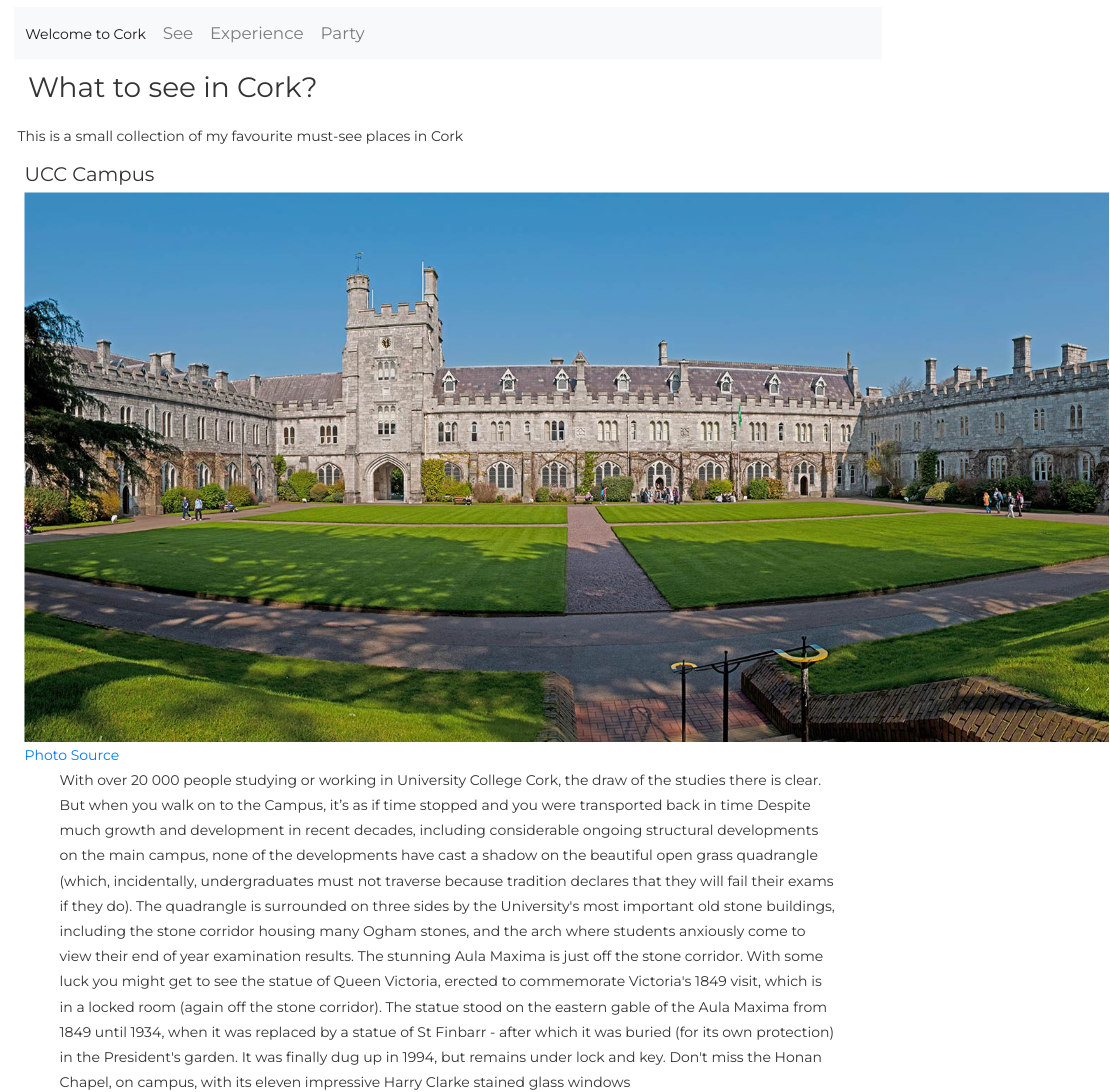
Repository: Maja-Jer/Welcome-to-Cork
Page: see.html
The author's editor kept a record of every edit. The page is drawn from the files as they stood at one moment, then again after the next edit.
The browser window is 1280 px wide. The page is 1585 px wide, then 1280 px, so the pictures cover 1585 px, including what lies to the right of the window. The pictures show the part of the page from y = 0 to 1560 px (the page is 4594 px tall before and 3847 px after), at 70% of full size.
Some web libraries are served in a nearby version.

Above is the page before.
Console error: TypeError: Cannot read properties of undefined (reading 'fn')

### see.html
<!DOCTYPE html>
<html lang="en">

<head>
    <meta charset="UTF-8">
    <meta name="viewport" content="width=device-width, initial-scale=1">
    <meta http-equiv="X-UA-Compatible" content="ie=edge">
    <link rel="stylesheet" href="https://stackpath.bootstrapcdn.com/bootstrap/4.3.1/css/bootstrap.min.css" integrity="sha384-ggOyR0iXCbMQv3Xipma34MD+dH/1fQ784/j6cY/iJTQUOhcWr7x9JvoRxT2MZw1T" crossorigin="anonymous">
    <script src="https://stackpath.bootstrapcdn.com/bootstrap/4.3.1/js/bootstrap.min.js" integrity="sha384-JjSmVgyd0p3pXB1rRibZUAYoIIy6OrQ6VrjIEaFf/nJGzIxFDsf4x0xIM+B07jRM" crossorigin="anonymous"></script>
    <link rel="stylesheet" href="https://use.fontawesome.com/releases/v5.6.1/css/all.css" integrity="sha384-gfdkjb5BdAXd+lj+gudLWI+BXq4IuLW5IT+brZEZsLFm++aCMlF1V92rMkPaX4PP" crossorigin="anonymous">
    <link href="https://fonts.googleapis.com/css?family=Montserrat" rel="stylesheet">
    <link rel="stylesheet" href="assets/style.css" type="text/css" />
    <title>Welcome to Cork, the REAL capital of Ireland</title>
</head>

<body>

    <!---------------Navgation-------->
    <nav class="navbar navbar-light bg-light navbar-expand-sm">
        <a href="/" class="navbar-brand">Welcome to Cork</a>

        <!---------------Dropdown menu-------->
        <button class="navbar-toggler ml-auto" type="button" data-toggle="collapse" data-target="#navbarNavDropdown" aria-controls="navbarNavDropdown" aria-expanded="false" aria-label="Toggle navigation">
        <span class="navbar-toggler-icon"></span></button>

        <div class="collapse navbar-collapse" id="navbarNavDropdown">
            <ul class="navbar-nav mr-auto">
                <li class="nav-item mr-2"><a class="nav-link" href="#see">See</a></li>
                <li class="nav-item mr-2"><a class="nav-link" href="#experience">Experience</a></li>
                <li class="nav-item mr-2"><a class="nav-link" href="#party">Party</a></li>

            </ul>
        </div>

    </nav>

    <!--------------- Title -------->
    <div class="container-fluid mt-3 title">
        <h1>What to see in Cork?</h1>
        <div class="row title-row" <h5>This is a small collection of my favourite must-see places in Cork</h5>
        </div>
    </div>


    <!--------------- Sites -------->

    <div class="container-fluid all-sites>
        <div class= "container ucc-campus">
            <div class= "row ucc-campus">
                <div class= "col-6 ">
                    <h3>UCC Campus</h3>
                </div>
            </div>


        <img src="./assets/photos/ucc-campus.jpg " alt="UCC Campus ">
        <br>
        <h7><a href="https://www.irishexaminer.com/breakingnews/ireland/ucc-isssues-1500-booklets-to-promote-good-relations-between-students-and-local-residents-949665.html ">Photo Source</a></h7>
    </div>


    <div class= "container ucc-description">
        <p col= "ucc-decription">With over 20 000 people studying or working in University College Cork, the draw of the studies there is clear. But when you walk on to the Campus, it’s as if time stopped and you were transported back in time Despite much growth and development
            in recent decades, including considerable ongoing structural developments on the main campus, none of the developments have cast a shadow on the beautiful open grass quadrangle (which, incidentally, undergraduates must not traverse because
            tradition declares that they will fail their exams if they do). The quadrangle is surrounded on three sides by the University's most important old stone buildings, including the stone corridor housing many Ogham stones, and the arch where
            students anxiously come to view their end of year examination results. The stunning Aula Maxima is just off the stone corridor. With some luck you might get to see the statue of Queen Victoria, erected to commemorate Victoria's 1849 visit,
            which is in a locked room (again off the stone corridor). The statue stood on the eastern gable of the Aula Maxima from 1849 until 1934, when it was replaced by a statue of St Finbarr - after which it was buried (for its own protection) in
            the President's garden. It was finally dug up in 1994, but remains under lock and key. Don't miss the Honan Chapel, on campus, with its eleven impressive Harry Clarke stained glass windows
        </p>


    </div>


<div class= "container fitzgerald-park">
            <div class= "row fitzgerald-park">
                <div class= "col-6 ">
                    <h3>Fitzgerald Park</h3>
                </div>
            </div>


        <img src="./assets/photos/fitzgerald-park.jpg " alt="Fitzgerald Park ">
        <br>
        <h7><a href= "http://www.corkenglishcollege.ie/media/4ae2bbd4-2834-4204-b7ae-c0ea07ad30a5/Events/Fitzgerald-Park_jpg ">Photo Source</a></h7>
    </div>


    <div class="container park-description ">
        <p col="park-decription ">Fitzgerald Park home to Cork Public Museum on the Mardyke is just a short distance from Cork City centre and
        the University College Cork. Fitzgerald's Park where the visitor and local alike can enjoy a riverside on the banks of the river Lee.
        Fitzgerald's Park named after a previous Lord Mayor of Cork in 1901, Edward Fitzgerald, offers a quite retreat from the hustle and bustle
        of the city, with its beautiful tree lined avenues, brimming flower beds and rose garden to its many statues and sculptures and the large
        central fountain, this 18 acre park is a wonderful treat. Fitzgerald's Park is a quiet haven, which has a playground for the children and a
        cafe to enjoy the view of the river Lee and across to the gardens and houses of the Sunday's Well area.

        </p>


    </div>


<div class= "container shandon-bells">
            <div class= "row shandon-bells">
                <div class= "col-6 ">
                    <h3>Shandon Bells</h3>
                </div>
            </div>


        <img src="./assets/photos/shandon-bells.jpg " alt="Shandon Bells ">
        <br>
        <h7><a href="http://www.shandonbells.ie/uploads/1/2/6/6/12669090/1388908_orig.jpg">Photo Source</a></h7>
    </div>


    <div class="container shandon-description">
        <p col="shandon-decription">Enjoy the Unique experience of Ringing the world famous Shandon Bells from the first floor.
Unwind and be at peace in the beautiful surrounds of St. Anne's Church - one of the oldest churches in the city built in 1722..﻿
The church is noted for its 8 bells due to the song "The Bells of Shandon" by Francis Sylvester Mahony. The largest weighs a little over 1.5 tons and was originally cast by Abel Rudhall of Gloucester. To reduce vibration, they were placed in a fixed position. They first rang on December 7, 1752. They have been recast twice: in 1865 and 1906. Today, visitors can climb 132 stairs to the first floor and ring the bells themselves. See spectacular 360 degree views of the city at 36.65m/120ft. View the internal workings of the clocks, the ‘Four Faced Liar’ and see the 18th Century bells in the Belfry.


        </p>


    </div>

    <div class= "container blackrock-castle">
            <div class= "row blackrock-castle">
                <div class= "col-6 ">
                    <h3>Blackrock castle</h3>
                </div>
            </div>


        <img src="./assets/photos/blackrock_castle.jpg" alt="Blackrock castle">
        <br>
        <h7><a href="https://www.bco.ie/whats-here/dailyschedule/">Photo Source</a></h7>
    </div>


    <div class="container blackrock-description">
        <p col="blackrock-decription">In the late 16th century, the citizens of Cork appealed to Queen Elizabeth I to construct a fort at Blackrock to "repel pirates and other invaders". In 1582 a fortification was built on the site,[6] and later around 1600, a round tower was constructed to safeguard against pirates "carrying away" vessels entering the harbour.[7] The earliest elements of this structure remaining today are a circular tower on the water's edge, 10.5m in diameter, with walls 2.2m thick.
In the early-2000s, Blackrock Castle was redeveloped under a joint venture between Cork City Council, Cork Institute of Technology and a private benefactor.

The castle has an excellent restaurant where you can have brunch in one of the most interesting surroundings in Cork. The Observatory has a lot of interesting exhibits, my personal being the possibility to lie down under the night sky and just enjoy the view as the stars shine above you. So relaxing!

        </p>


    </div>

    </div>


    <!--------------- Footer -------->

    <footer class="bg-secondary mt-5 p-3 ">
        <div class="container-fluid ">
            <div class="col-12 text-white ">
                <h3>Developed by Maja Jercic 2019</h3>
            </div>
        </div>
    </footer>

    <script src="https://stackpath.bootstrapcdn.com/bootstrap/4.3.1/js/bootstrap.min.js " integrity="sha384-JjSmVgyd0p3pXB1rRibZUAYoIIy6OrQ6VrjIEaFf/nJGzIxFDsf4x0xIM+B07jRM " crossorigin="anonymous "></script>
    <script src="https://code.jquery.com/jquery-3.3.1.slim.min.js " integrity="sha384-q8i/X+965DzO0rT7abK41JStQIAqVgRVzpbzo5smXKp4YfRvH+8abtTE1Pi6jizo " crossorigin="anonymous "></script>
    <script src="https://cdnjs.cloudflare.com/ajax/libs/popper.js/1.14.7/umd/popper.min.js " integrity="sha384-UO2eT0CpHqdSJQ6hJty5KVphtPhzWj9WO1clHTMGa3JDZwrnQq4sF86dIHNDz0W1 " crossorigin="anonymous "></script>

</body>


</html>

### assets/style.css
/*----------------------- header*/

head {
  font-family: 'Roboto', sans-serif;
}

body {
  font: 20px Montserrat, sans-serif;
  line-height: 1.8;
  color: #333;
  display: block;
  padding: 10px 20px 75px 20px;


}

/*----------------------navigation bar*/

ul {
  list-style-type: none;
  margin: 0;
  padding: 0;
  overflow: hidden;
  font-weight: normal;
  font-size: 24px;
}

li {
  float: left;
}

navbar-brand {
  color: black;
}

li a {
  display: block;
  color: white;
  text-align: center;
  padding: 14px 16px;
  text-decoration: none;

}

li a:hover {
  background-color: #9FA8DA;
  color: white;
  text-decoration: none;
  font-weight: bold;
}

/*---------------------end of navigation bar*/

.main-container {


}
.container-main-photo {
  max-height: 300px;
  max-width: 80%;

}

/* ---------------------------------- Article*/
.article {
  position: relative;
  vertical-align: top;
  background-color: #fff
  margin-bottom: 1em;
  max-width: 830px;
  padding: 2em 0 0 0;
  text-align: left;
}

.site-photo {
  position: relative;
  text-align: center;
  margin-bottom: 1.6em;
}

.site-description {
  margin: 2em 5% 2em 5%;
  font-size: 1.1em;
  line-height: 1.7;
  color: #333;
}


/* ---------------------------------- Title*/

.title {
  text-align: left;
  padding-left:20px;
}

.title-row {
  padding-top: 20px;
  padding-bottom: 20px;


}
/* ---------------------------------- Containers*/

.center {
  display: block;
  margin-left: auto;
  margin-right: auto;
  width: 50%;
}

.main-photo {
  display: block;
  max-height: 730px;
  max-width: 1160px;
  padding: 30px;
  overflow: auto;
}


#container-about-cork {
  font-size: 16px;
  margin: 25px 50px 75px;
  padding: 30px;


}
@media screen and (min-width: 600px) {
#container-about-cork {
  font-size: 20px;
  margin: 25px 20px 75px 20px;
  }
}
@media screen and (max-width: 600px) {
#container-about-cork {
  font-size: 14px;
  margin: 25px 10px 75px 20px;
  }
}

.container-ucc-campus {

}



/*---------------------footer*/

.p-3 {
    padding: 1rem!important;
}

.mt-5, .my-5 {
    margin-top: 3rem!important;

}

.bg-secondary {
    background-color: #6c757d!important;
}

.footer {
  width: 100%;
  margin-right: auto;
  margin-left: auto;
}

.text-white {
  color: #fff!important;
}

.col-12 {
  -ms-flex: 0 0 100%;
  flex: 0 0 100%;
  max-width: 100%;
  text-align: center;
}

After the next edit:
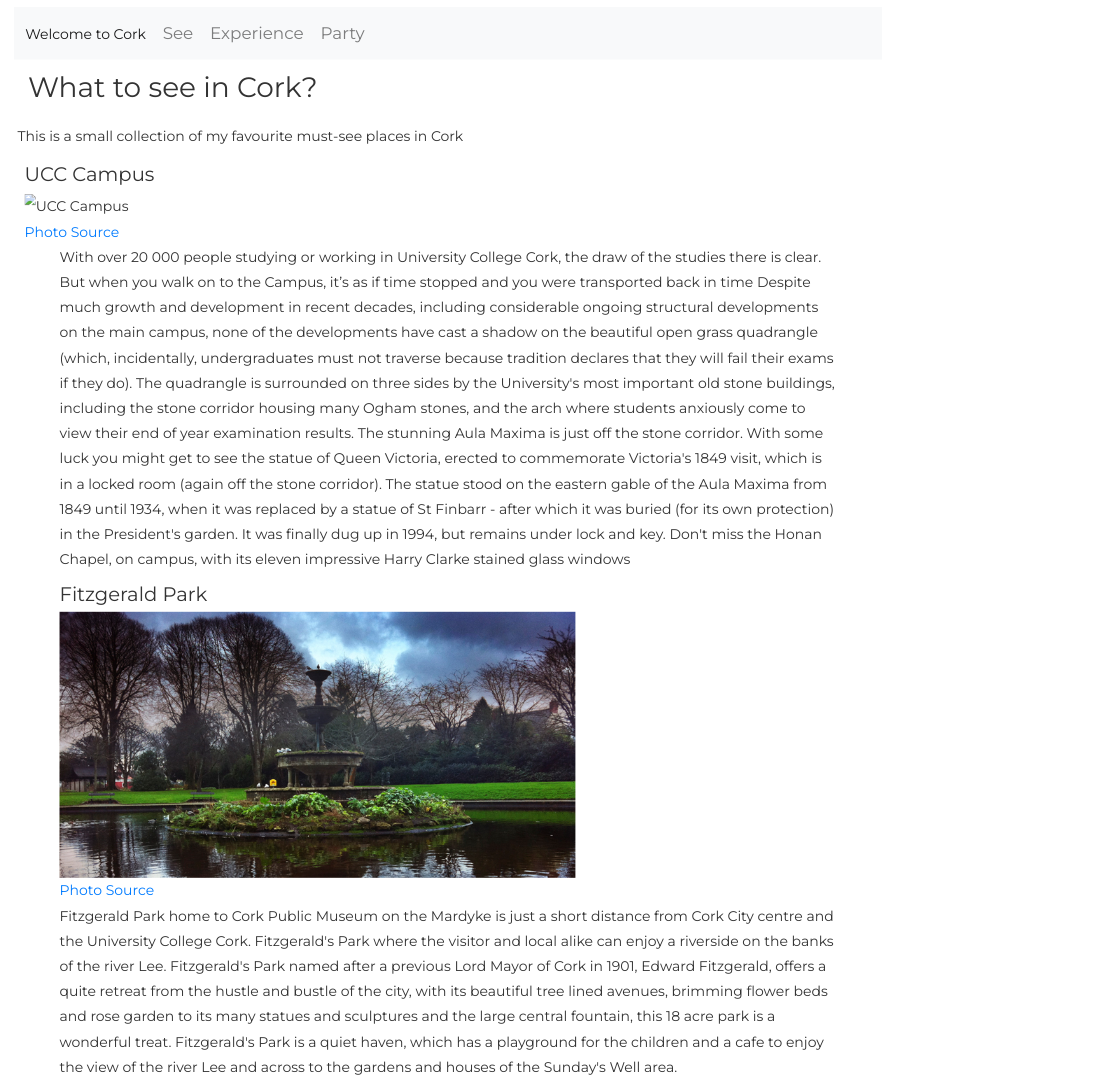
The edit:
--- a/see.html
+++ b/see.html
@@ -53,7 +53,7 @@
             </div>
 
 
-        <img src="./assets/photos/ucc-campus.jpg " alt="UCC Campus ">
+        <img class= "img-fluid src="./assets/photos/ucc-campus.jpg " alt="UCC Campus ">
         <br>
         <h7><a href="https://www.irishexaminer.com/breakingnews/ireland/ucc-isssues-1500-booklets-to-promote-good-relations-between-students-and-local-residents-949665.html ">Photo Source</a></h7>
     </div>
